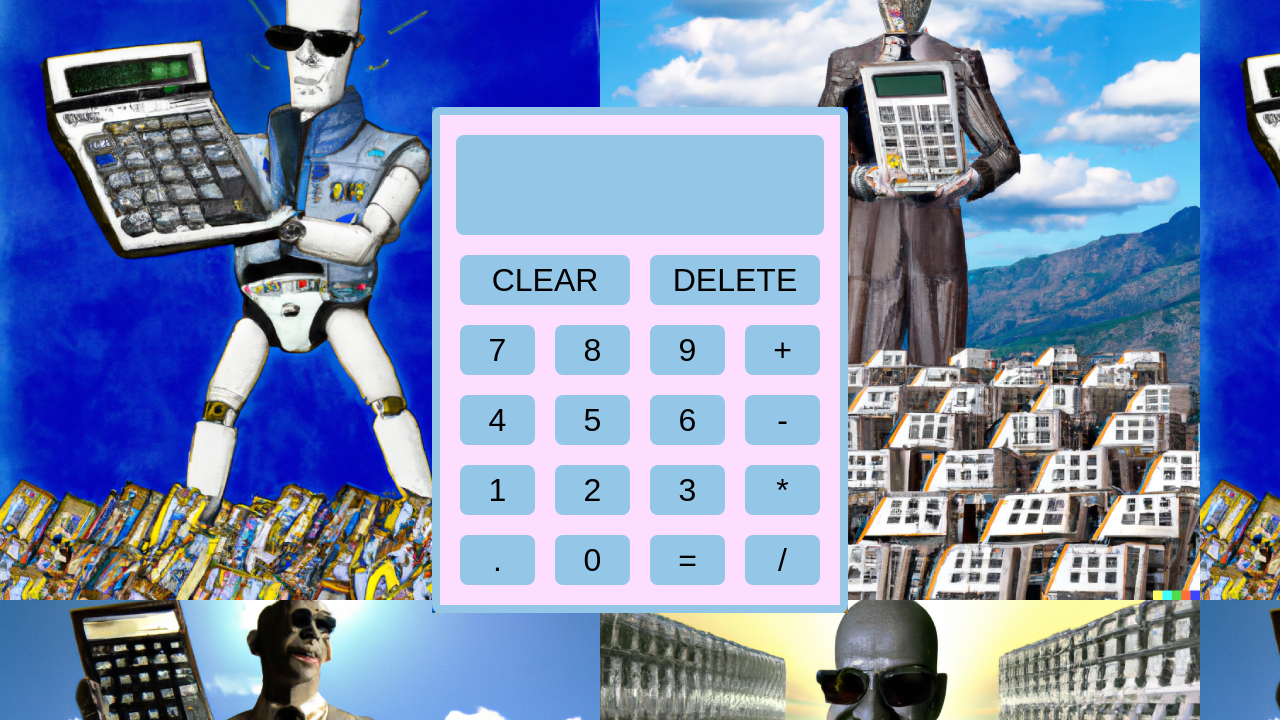
Repository: yeetzpxoci/calculator
Page: index.html
These files come from the project's save history. The page is drawn as it stood at one moment and after the next save; the edit follows.
The browser window is 1280 px wide. The pictures show the whole page.

Above is the page before, as saved 2023-02-05 14:04:17.
Console error: TypeError: Cannot read properties of null (reading 'style')

After the next save:
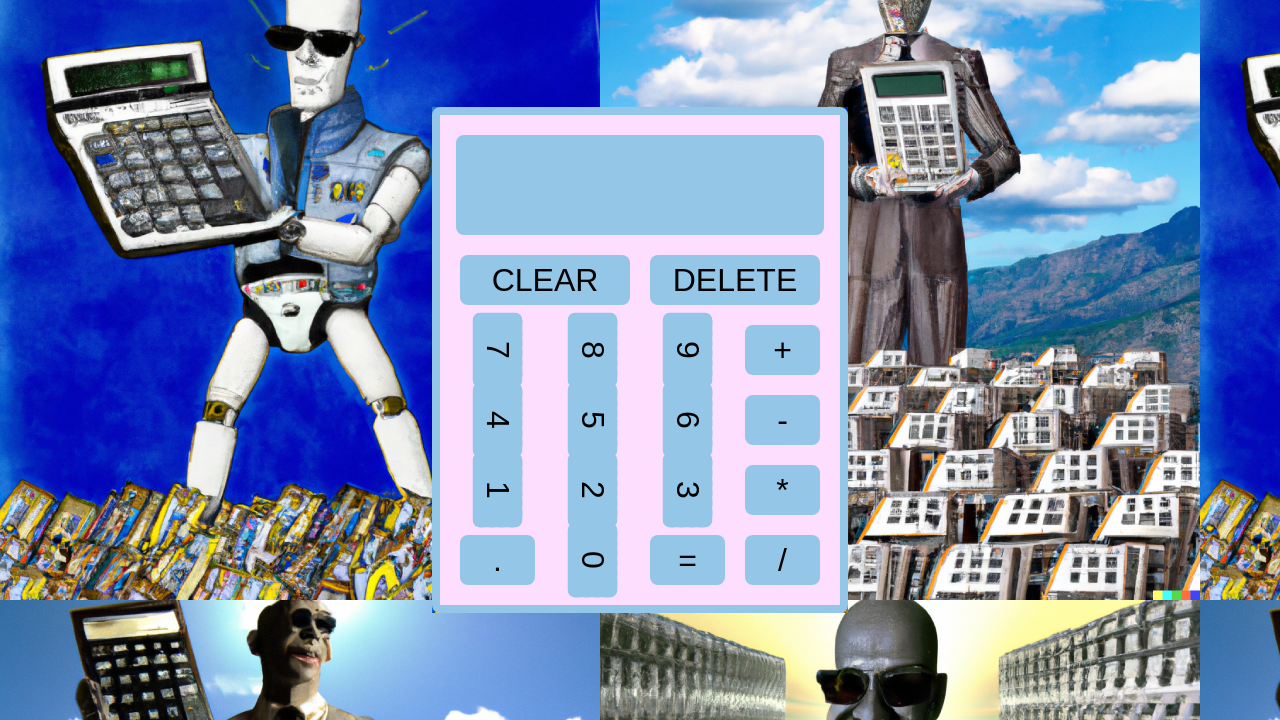
The error is gone.
Saved 95 s later.
--- a/script.js
+++ b/script.js
@@ -32,7 +32,7 @@ const display = document.getElementById("display")
 display.innerHTML = ""
 
 document.querySelectorAll(".number-button").forEach(function(element) {
-    document.getElementById("myDIV").style.transform = "rotate(90deg)";
+    element.style.transform = "rotate(90deg)";
     element.addEventListener("click", function () {
         if (display.innerHTML === current_operator) {
             display.innerHTML = "";
